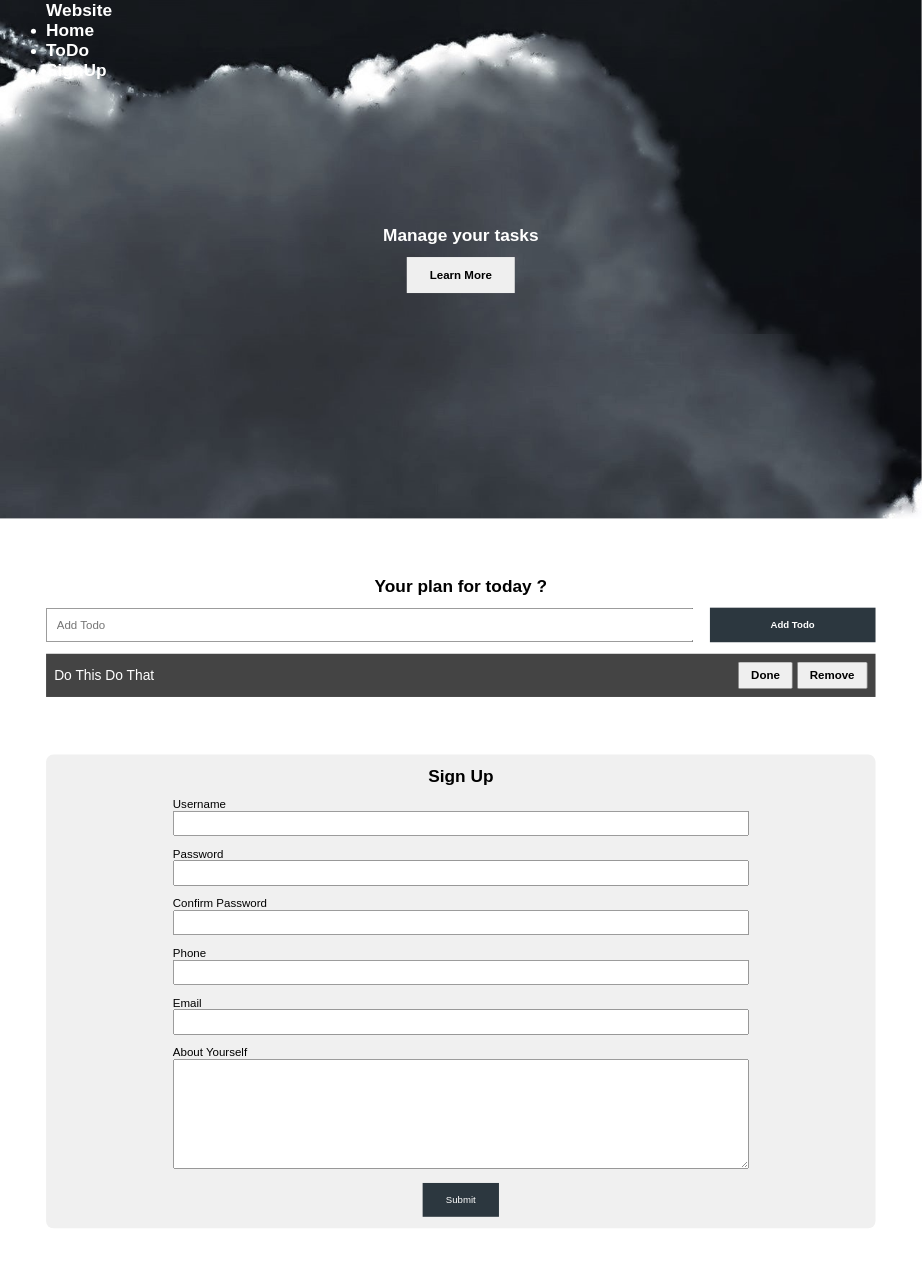
Repository: codewithfaizan/JavaScriptSelf
Page: 27.08.2022/index.html
The author's editor kept a copy of each file at every save. The page is drawn from the files as they stood at one save, then again after the next save.
The browser window is 1280 px wide. The pictures show the whole page, at 72% of full size.

Above is the page before, as saved 2022-08-27 17:00:10.

### 27.08.2022/index.html
<!-- Creating html page -->
<!DOCTYPE html>
<html lang="en">
<head>
    <meta charset="UTF-8">
    <meta http-equiv="X-UA-Compatible" content="IE=edge">
    <meta name="viewport" content="width=device-width, initial-scale=1.0">
    <title>Website</title>
    <link rel="stylesheet" href="style.css">
</head>
<body>
    <header class="header">
        <nav class="nav container">
                <h1 class="logo">Website</h1class>
                <ul>
                    <li><a href="#">Home</a></li>
                    <li><a href="#">ToDo</a></li>
                    <li><a href="#">SignUp</a></li>
                </ul>
        </nav>
        <div class="headline">
            <h2 id="main-heading">
              Manage your tasks <span style="display: none">Hello</span>
            </h2>
            <button class="btn btn-headline">Learn More</button>
          </div>
    </header>
    <section class="section-todo container">
        <h2>Your plan for today ?</h2>

        <form class="form-todo">
          <input type="text" name="" id="" placeholder="Add Todo" />
          <input type="submit" value="Add Todo" class="btn" />
        </form>

        <ul class="todo-list">
            <li>
              <span class="text">Do this do that</span>
              <div class="todo-buttons">
                <button class="todo-btn done">Done</button>
                <button class="todo-btn remove">Remove</button>
              </div>
            </li>
          </ul>
        </section>

        <section class="section-signup container">
            <h2>Sign Up</h2>
            <form class="signup-form">
              <div class="form-group">
                <label for="username">Username</label>
                <input type="text" name="username" id="username" />
              </div>
              <div class="form-group">
                <label for="password">Password</label>
                <input type="password" name="password" id="password" />
              </div>
              <div class="form-group">
                <label for="confirmPassword">Confirm Password</label>
                <input type="password" name="confirmPassword" id="confirmPassword" />
              </div>
              <div class="form-group">
                <label for="phone">Phone</label>
                <input type="text" name="phone" id="phone" />
              </div>
              <div class="form-group">
                <label for="email">Email</label>
                <input type="email" name="email" id="email" />
              </div>
              <div class="form-group">
                <label for="about">About Yourself</label>
                <textarea name="about" id="about" cols="30" rows="10"></textarea>
              </div>
              <button type="submit" class="btn signup-btn">Submit</button>
            </form>
          </section>
</body>
</html>

### 27.08.2022/style.css
*{
    box-sizing: border-box;
    padding:0;
    margin: 0;
}

body {
    font-family:Arial, Helvetica, sans-serif;
}

a{
    text-decoration: none;
    color:white
}
.header{
   min-height: 100vh;  /* <--!vh means viewport height--> */
    background-image: url(./pexels-sevenstorm-juhaszimrus-1302330.jpg);
    background-position: center;
    background-repeat: no-repeat;
    color: white;
}

.container{
    max-width: 1200px;
    margin: auto;
    width: 90%;
}
.nav {
    min-height: 8vh;
    display: flex;
    justify-content: space-between;
    align-items: center;
  }

  .nav-items {
    width: 40%;
    display: flex;
    list-style-type: none;
    justify-content: space-between;
  }
  .headline {
    text-align: center;
    position: absolute;
    top: 50%;
    left: 50%;
    transform: translate(-50%, -50%);
  }

  .btn {
    display: inline-block;
    outline: none;
    border: none;
    cursor: pointer;
  }

  .btn-headline {
    padding: 1rem 2rem;
    font-size: 1rem;
    margin-top: 1rem;
    font-weight: 600;
  }

  .section-todo {
    margin-top: 5rem;
    text-align: center;
  }

  .form-todo {
    min-height: 5vh;
    display: flex;
    justify-content: space-between;
    margin-top: 1rem;
  }

  .form-todo input {
    min-height: 100%;
  }
  .form-todo input[type="text"] {
    width: 78%;
    padding: 0.8rem;
    font-size: 1rem;
    font-weight: 400;
  }
  .form-todo input[type="submit"] {
    width: 20%;
    background: rgb(44, 55, 63);
    color: white;
    font-weight: bold;
  }
  .todo-list {
    text-align: left;
    font-size: 1.2rem;
    list-style-type: none;
  }
  .todo-list li {
    padding: 0.7rem;
    background: #444;
    color: white;
    margin-top: 1rem;
    text-transform: capitalize;
    display: flex;
    justify-content: space-between;
    align-items: center;
  }
  .todo-btn {
    /* min-height: 100%; */
    padding: 0.5rem 1rem;
    font-size: 1rem;
    font-weight: bold;
    cursor: pointer;
  }
  .section-signup {
    margin: 5rem auto;
    text-align: center;
    background: rgb(240, 240, 240);
    border-radius: 10px;
    padding: 1rem;
  }

  .signup-form {
    max-width: 800px;
    width: 95%;
    text-align: left;
    margin: auto;
  }
  .signup-form label {
    display: block;
  }

  .signup-form input {
    display: block;
    width: 100%;
    padding: 0.5rem;
  }
  .form-group {
    margin-top: 1rem;
  }
  .signup-form textarea {
    width: 100%;
  }
  .signup-btn {
    background: rgb(44, 55, 63);
    color: white;
    padding: 1rem 2rem;
    display: block;
    margin: auto;
    margin-top: 1rem;
  }

After the next save:
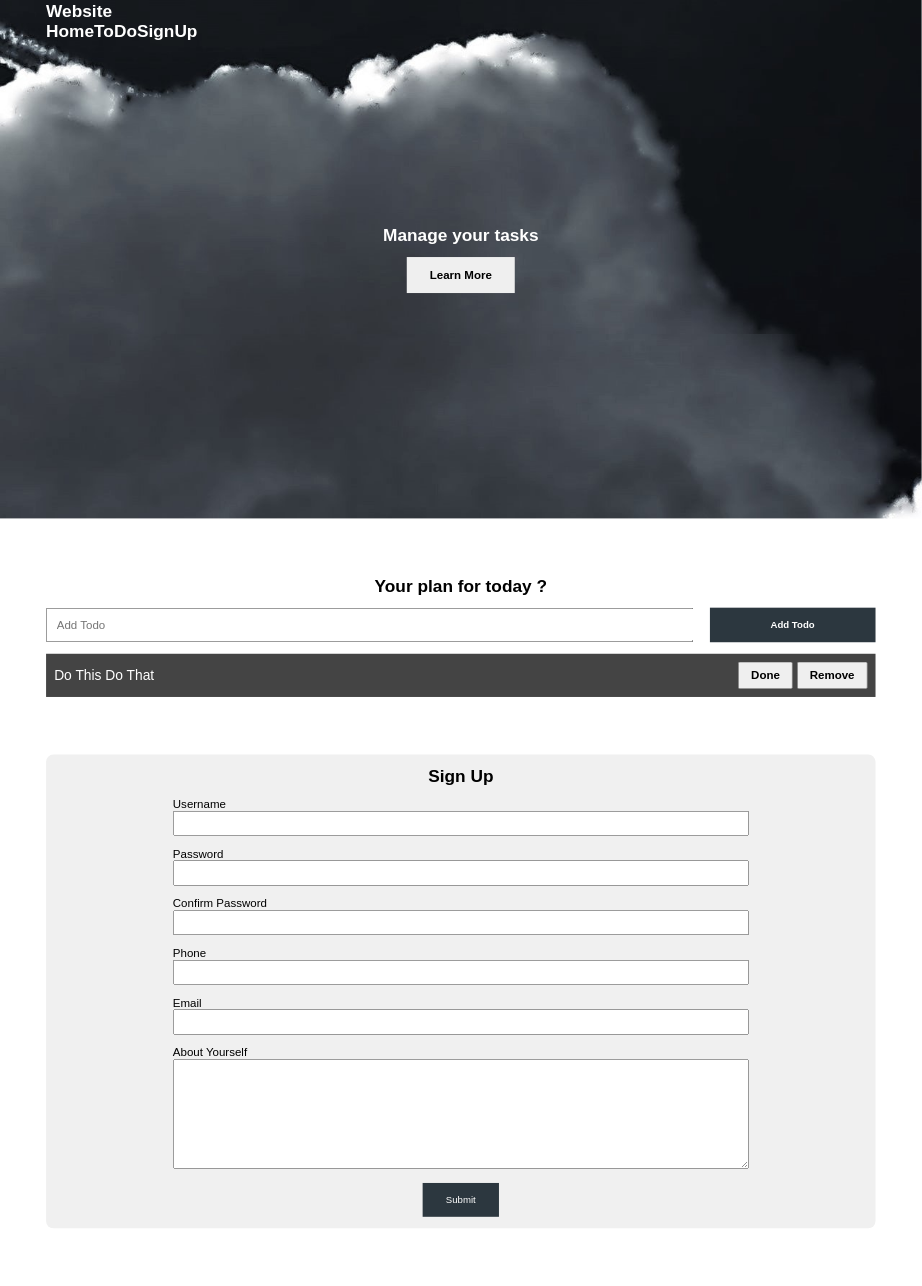
Saved 57 s later.
--- a/27.08.2022/index.html
+++ b/27.08.2022/index.html
@@ -12,7 +12,7 @@
     <header class="header">
         <nav class="nav container">
                 <h1 class="logo">Website</h1class>
-                <ul>
+                <ul class="nav-items">
                     <li><a href="#">Home</a></li>
                     <li><a href="#">ToDo</a></li>
                     <li><a href="#">SignUp</a></li>
